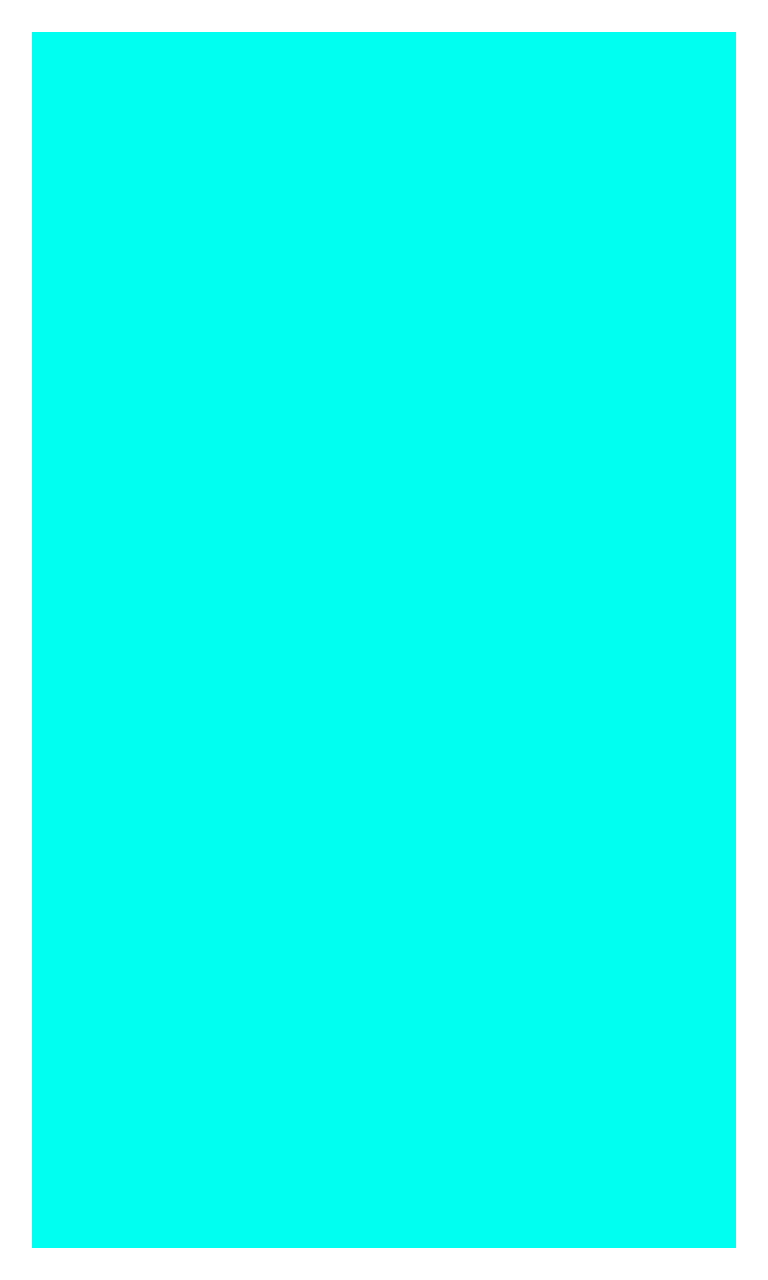
Repository: zzttt/LVM_BackupSol
Layout: TimeTraveler/res/layout/activity_recv.xml
An editor plug-in stored every save of this project. The layout is shown before and after the next save, followed by the edit.
It is drawn on a 768 x 1280 px phone screen (xhdpi) without system bars, with theme AppTheme; the app's code is not run. Lists and similar views that code fills are empty.

Above is the layout before, as saved 2014-07-20 13:15:54.

After the next save:
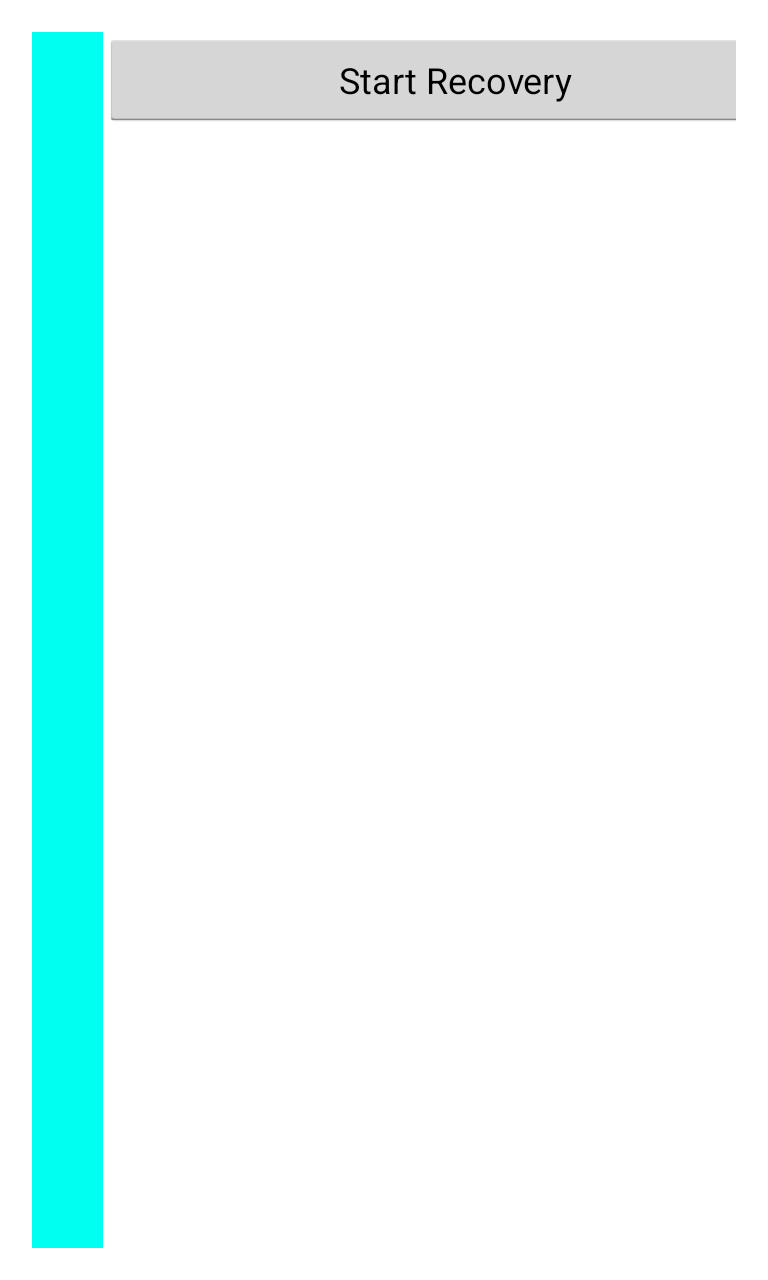
Saved 6 s later.
--- a/TimeTraveler/res/layout/activity_recv.xml
+++ b/TimeTraveler/res/layout/activity_recv.xml
@@ -18,6 +18,7 @@
         android:layout_height="match_parent"
         android:smoothScrollbar="true"
         android:background="#00fff0"
+        android:layout_weight="0.9"
          >
     </ListView>
 
